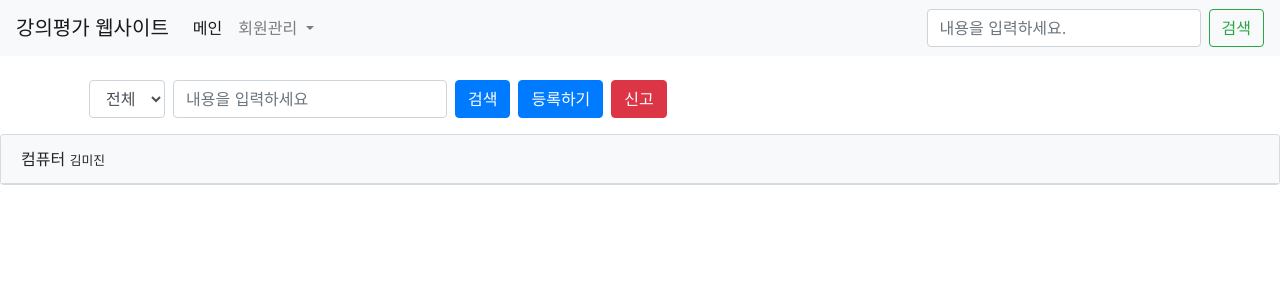
Repository: mijin99/lecture-evaluation
Page: http://localhost/Lecture_Evaluation/
These files come from the project's save history. The page is drawn as it stood at one moment and after the next save; the edit follows.
The browser window is 1280 px wide. The pictures show the whole page.
The page is served by Tomcat 9. Other server files are loaded and not shown.

Above is the page before, as saved 2020-12-24 17:20:14.

### Lecture Evaluation/WebContent/index.jsp
<%@ page language="java" contentType="text/html; charset=UTF-8"
    pageEncoding="UTF-8"%> <!--  한글로 -->
    <!-- PUBLIC부터 쭉 지움 -> HTML5 사용을 위해  -->
<!DOCTYPE html>
<html>
<head>
	<meta http-equiv="Content-Type" content="text/html; charset=UTF-8">
	<!-- 반응형웹이기 때문에 뷰 포트에 관련한 메타태그를 넣어줘야함 /디바이스너비                           -->
	<meta name ="viewport" content="width=device-width, initial-scale=1, Shrink-to-fit =no" >
	<title>강의평가 웹사이트</title>
	<!--  부트스트랩 css추가 -->
	<link rel="stylesheet" href="./css/bootstrap.min.css">
	<!--  커스텀 css추가 -->
	<link rel="stylesheet" href="./css/custom.css">
</head>
<body>
	<!--네비게이션  바 (HTML5부터)/부트스트랩이 제공 밝은 하양바-->
	<nav class="navbar navbar-expand-lg navbar-light bg-light">
		<!-- 부트스트랩안에서 로고 같은거 출력 -->
		<a class="navbar-brand" href="index.jsp">강의평가 웹사이트</a>
		<!-- 누르면 navbar id요소가 보였다 안보였다. -->
		<button class="navbar-toggler" type="button" data-toggle="collapse" data-target="#navbar">
			<!-- 점 3개 아이콘 -->
			<span class="navbar-toggler-icon"></span>
		</button>
		<!-- 버튼 눌러서 나타났다, 사라졌다 하는 부분  #navbar << 이거-->
		<div id="navbar" class="collapse navbar-collapse">
			<ul class="navbar-nav mr-auto">
				<li class="nav-item active">
					<a class="nav-link" href="index.jsp">메인</a>
				</li>
				<!-- 누르면 목록나옴 dropdown  -->
				<li class="nav-item dropdown">
				<!-- 눌르면 나타났다 사라졌다.. toggle -->
					<a class="nav-link dropdown-toggle" id="dropdown" data-toggle="dropdown">
						회원관리
					</a>
					<div class="dropdown-menu" aria-labelledby="dropdown">
						<a class="dropdown-item" href="#">로그인</a>
						<a class="dropdown-item" href="#">회원가입</a>
						<a class="dropdown-item" href="#">로그아웃</a>
					</div>
				</li>
			</ul>
			<!-- 검색창  -->
			<form class="form-inline my-2 my-lg-0">
				<input class="form-control mr-sm-2" type="search" placeholder="내용을 입력하세요." aria-label="Search">
					<!-- 전송버튼 -->
				<button class="btn btn-outline-success my-2 my-sm-0" type="submit">검색</button>
			</form>
		</div>
	</nav>

	<!-- 본문 내용 -->   <!-- 컨테이너 - 반응형 -->
	<section class="container">						<!-- 위로 마진 3 -->
		<form method="get" action="./index.jsp" class="form-inline mt-3">
			<!-- 강의 구분  -->								<!-- 마진 -->
			<select name="lectureDivide" class="form-control mx-1 mt-2">
				<option value="전체">전체</option>
				<option value="전공">전공</option>
				<option value="교양">교양</option>
				<option value="기타">기타</option>
			</select>
			<input type="text" name="search" class="form-control mx-1 mt-2" placeholder="내용을 입력하세요">
			<button type="submit" class="btn btn-primary mx-1 mt-2">검색</button>
			<!-- 모달창으로 강의평가 등록하기 -->						<!-- 웹페이지 위쪽 등록양식 -->
			<a class="btn btn-primary mx-1 mt-2" data-toggle="modal" href="#registerModal">등록하기</a>
			<a class="btn btn-danger mx-1 mt-2" data-toggle="modal" href="#reportModal">신고</a>
		</form>
	</section>

	<!-- 강의평가 등록했을 때 -->
	<div class="card bg-light mt-3">
		<div class="card-header bg-light">
			<div class="row">
				<div class="col-8 text-left">컴퓨터&nbsp;<small>김미진</small></div>
			</div>
		</div>
	</div>

	<!-- 등록하기 모달창 -->
	<div class="modal fade" id="registerModal" tabindex="-1" role="dialog" aria-labelledby="modal" aria-hidden="true">
		<!-- 모달창임을 알려줌 -->
		<div class="modal-dialog">
			<!-- 모달 창 안에 내용 정의-->
			<div class="modal-content">
				<!-- 헤더와 바디로 구성 -->
				<div class="modal-header">
					<h5 class="modal-title" id="modal">평가등록</h5>
					<!-- 닫기버튼 누르면 닫히게 -->
					<button type="button" class="close" data-dismiss="modal" aria-label="Close">
						<span aria-hidden="true">&times;</span>
					</button>
				</div>
				<div class="modal-body">
					<!-- 평가 등록 요청 -->
					<form action="./evaluationRegisterAction.jsp" method="post">
						<!-- 하나의 행을 여러개 열로 나눌때  1행-->
						<div class="form-row">
							<!-- 컬럼 -->
							<div class="form-group col-sm-6">
								<label>강의명</label>
								<input type="text" name="lectureName" class="form-control" maxlength="20">
							</div>
							<div class="form-group col-sm-6">
								<label>교수명</label>
								<input type="text" name="professorName" class="form-control" maxlength="20">

							</div>
						</div>

						<!-- 2행 -->
						<div class="form-row">
							<!-- 폼그룹 - 무언가 선택할 때  -->
							<div class="form-group col-sm-4">
								<label>수강 연도</label>
								<select name="lectureYear" class="form-control">
									<option value="2011">2011</option>
									<option value="2012">2012</option>
									<option value="2013">2013</option>
									<option value="2014">2014</option>
									<option value="2015">2015</option>
									<option value="2016">2016</option>
									<option value="2017">2017</option>
									<option value="2018">2018</option>
									<option value="2019">2019</option>
									<option value="2020" selected>2020</option>
									<option value="2021">2021</option>
									<option value="2022">2022</option>
									<option value="2023">2023</option>
								</select>
							</div>
							<div class="form-group col-sm-4">
								<label>수강 학기</label>
								<select name="semesterDivide" class="form-control">
									<option value="1학기" selected>1학기 </option>
									<option value="여름학기" >여름학기 </option>
									<option value="2학기" >2학기 </option>
									<option value="겨울학기" >겨울학기 </option>
								</select>
							</div>

							<div class="form-group col-sm-4">
								<label>강의 구분</label>
								<select name="lectureDivide" class="form-control">
									<option value="전공" selected>전공 </option>
									<option value="교양" >교양 </option>
									<option value="기타" >기타 </option>
								</select>
							</div>
						</div>

						<!-- 실제 강의 평가 내용 3행 -->
						<div class="form-group">
							<label>제목</label>
							<input type="text" name="evaluationTime" class="form-control" maxlength="30">
						</div>

						<div class="form-group">
							<label>내용</label>
							<textarea  name="evaluationContext" class="form-control" maxlength="2048" style="height:180px;"></textarea>
						</div>

						<!-- 1개의 행을 여러개로 -->
						<div class="form-row">
							<div class="form-group col-sm-3">
							<label>종합</label>
								<select name="totalScore" class="form-control">
									<option value="A" selected>A</option>
									<option value="B" selected>B</option>
									<option value="C" selected>C</option>
									<option value="D" selected>D</option>
									<option value="F" selected>F</option>
								</select>
							</div>

							<div class="form-group col-sm-3">
							<label>성적</label>
								<select name="creditScore" class="form-control">
									<option value="A" selected>A</option>
									<option value="B" selected>B</option>
									<option value="C" selected>C</option>
									<option value="D" selected>D</option>
									<option value="F" selected>F</option>
								</select>
							</div>

							<div class="form-group col-sm-3">
							<label>널널</label>
								<select name="comfortableScore" class="form-control">
									<option value="A" selected>A</option>
									<option value="B" selected>B</option>
									<option value="C" selected>C</option>
									<option value="D" selected>D</option>
									<option value="F" selected>F</option>
								</select>
							</div>

							<div class="form-group col-sm-3">
							<label>강의</label>
								<select name="lectureScore" class="form-control">
									<option value="A" selected>A</option>
									<option value="B" selected>B</option>
									<option value="C" selected>C</option>
									<option value="D" selected>D</option>
									<option value="F" selected>F</option>
								</select>
							</div>
						</div>
						<!-- 모달 헤더, 바디 ,푸터 -->
						<div class="modal-footer">
							<button  type="button" class="btn btn-secondary" data-dismiss="modal">취소</button>
							<button type="submit" class="btn btn-primary">등록하기</button>
						</div>
					</form>
				</div>
			</div>
		</div>
	</div>

	<!-- 신고하기 모달창 -->
	<div class="modal fade" id="reportModal" tabindex="-1" role="dialog" aria-labelledby="modal" aria-hidden="true">
			<!-- 모달창임을 알려줌 -->
			<div class="modal-dialog">
				<!-- 모달 창 안에 내용 정의-->
				<div class="modal-content">
					<!-- 헤더와 바디로 구성 -->
					<div class="modal-header">
						<h5 class="modal-title" id="modal">신고하기</h5>
						<!-- 닫기버튼 누르면 닫히게 -->
						<button type="button" class="close" data-dismiss="modal" aria-label="Close">
							<span aria-hidden="true">&times;</span>
						</button>
					</div>
					<div class="modal-body">
						<!-- 신고 요청 -->
						<form action="./reportAction.jsp" method="post">

							<!-- 실제 강의 평가 내용 3행 -->
							<div class="form-group">
								<label>신고 제목</label>
								<input type="text" name="reportTitle" class="form-control" maxlength="30">
							</div>

							<div class="form-group">
								<label>신고 내용</label>
								<textarea  name="reportContent" class="form-control" maxlength="2048" style="height:180px;"></textarea>
							</div>

							<!-- 모달 헤더, 바디 ,푸터 -->
							<div class="modal-footer">
								<button  type="button" class="btn btn-secondary" data-dismiss="modal">취소</button>
								<button type="submit" class="btn btn-danger">신고하기</button>
							</div>
						</form>
					</div>
				</div>
			</div>
		</div>

	<!-- 제이쿼리 자바스크립트 추가, 보통 바디 쪽에 아래씀 기본틀 -->
	<script src="./js/jquery.min.js"></script>
	<!-- 파퍼 자바스크립트 추가-->
	<script src="./js/popper.js"></script>
	<!-- 부트스트랩 자바스크립트 추가-->
	<script src="./js/bootstrap.min.js"></script>
</body>
</html>

### Lecture Evaluation/WebContent/css/custom.css
<!--커스텀의 경우 덮어쓰기 , 웹폰트 ,색깔 등등 -->

@import url(https://fonts.googleapis.com/earlyaccess/jejugothic.css);
@import url(http://fonts.googleapis.com/earlyaccess/nanumgothic.css);

Loaded but not shown: Lecture Evaluation/WebContent/css/bootstrap.min.css (library); Lecture Evaluation/WebContent/js/jquery.min.js (library); Lecture Evaluation/WebContent/js/popper.js (library); Lecture Evaluation/WebContent/js/bootstrap.min.js (library)

After the next save:
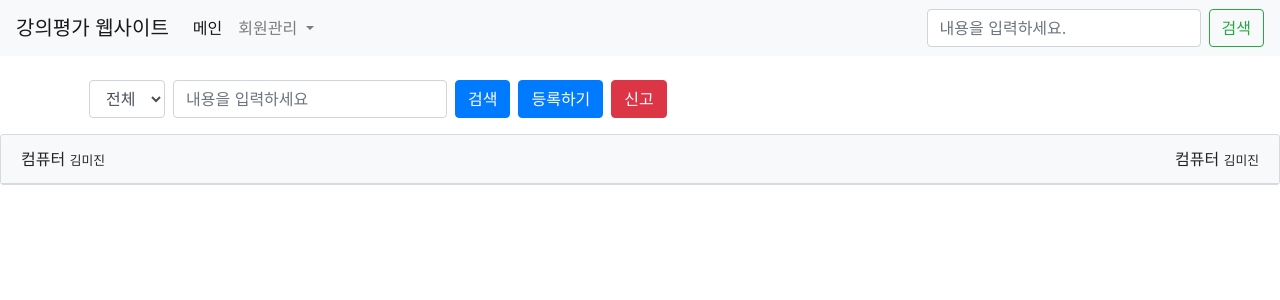
Saved 14 s later.
--- a/Lecture Evaluation/WebContent/index.jsp
+++ b/Lecture Evaluation/WebContent/index.jsp
@@ -74,6 +74,7 @@
 		<div class="card-header bg-light">
 			<div class="row">
 				<div class="col-8 text-left">컴퓨터&nbsp;<small>김미진</small></div>
+				<div class="col-4 text-right">컴퓨터&nbsp;<small>김미진</small></div>
 			</div>
 		</div>
 	</div>
